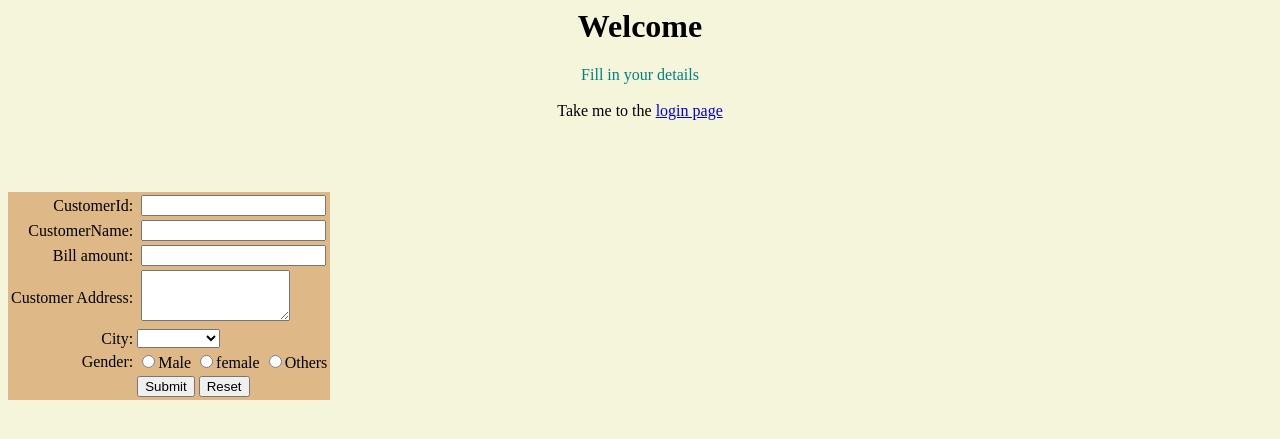
Repository: Rama-13/LaunchPadAllFiles
Page: java-workspace/FirstWebProject/WebContent/CustomerDetails.html
The author's editor kept a copy of each file at every save. The page is drawn from the files as they stood at one save, then again after the next save.
The browser window is 1280 px wide. The pictures show the whole page.

Above is the page before, as saved 2019-07-26 06:53:55.

### java-workspace/FirstWebProject/WebContent/CustomerDetails.html
<html>

<head>

<h1>Welcome</h1>

</head>

<body bgcolor = "beige" align = "center">

  <font face = "apercu" color = "teal">Fill in your details</font></br></br>

  Take me to the <a href = "Login1.html">login page</a>

  <form action = "CustomerDetailsServlet1" align = "center">

    <table bgcolor = "burlywood">

  <tr><td align = "right">CustomerId: </td>

    <td>&nbsp;<input type = "text" id="Customer Id" name= "CustomerId"></td></tr></br>

  <tr><td align = "right">CustomerName:</td>

    <td>&nbsp;<input type = "text" id = "CustomerName" name = "CustomerName"></td></tr></br>

  <tr><td align = "right">Bill amount: </td>

    <td>&nbsp;<input type = "text" id = "bill amount" name = "bill amount"></td></tr>

  <tr><td align = "right">Customer Address:</td>

    <td>&nbsp;<textarea rows = "3" cols="16"></textarea></td></tr>

  <tr><td align = "right">City:</td>&nbsp;<td><select>

    <option></option>

    <option value = "Bangalore">Bangalore</option>

    <option value = "Mumbai">Mumbai</option>

    <option value = "Chennai">Chennai</option>

    <option value = "New Delhi">New Delhi</option>

  </select>

  <tr><td align = "right">Gender:</td><td><input type = "radio" value = "male" name = "male">Male

    <input type = "radio" value = "female" name = "male">female

    <input type = "radio" value = "others" name = "male">Others</td></tr></br>

    <tr><td></td><td><input type = "submit" id = "submit" name = "submit">

    <input type = "reset" id = "reset" name = "reset"></td></tr></br>

</form>

</body>

</html>

After the next save:
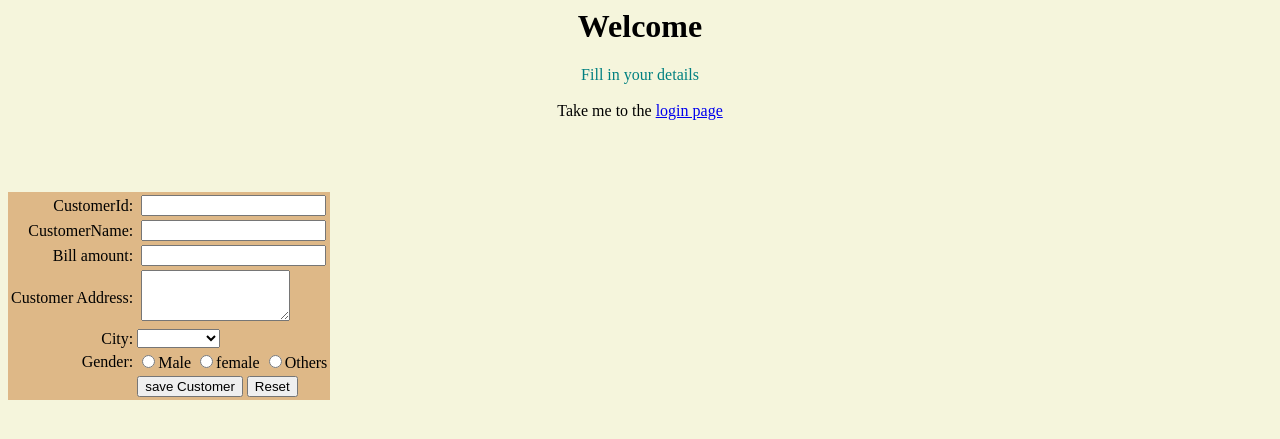
Saved 31 s later.
--- a/java-workspace/FirstWebProject/WebContent/CustomerDetails.html
+++ b/java-workspace/FirstWebProject/WebContent/CustomerDetails.html
@@ -52,7 +52,7 @@
 
     <input type = "radio" value = "others" name = "male">Others</td></tr></br>
 
-    <tr><td></td><td><input type = "submit" id = "submit" name = "submit">
+    <tr><td></td><td><input type = "submit" id = "submit" name = "submit" value = "save Customer">
 
     <input type = "reset" id = "reset" name = "reset"></td></tr></br>
 
